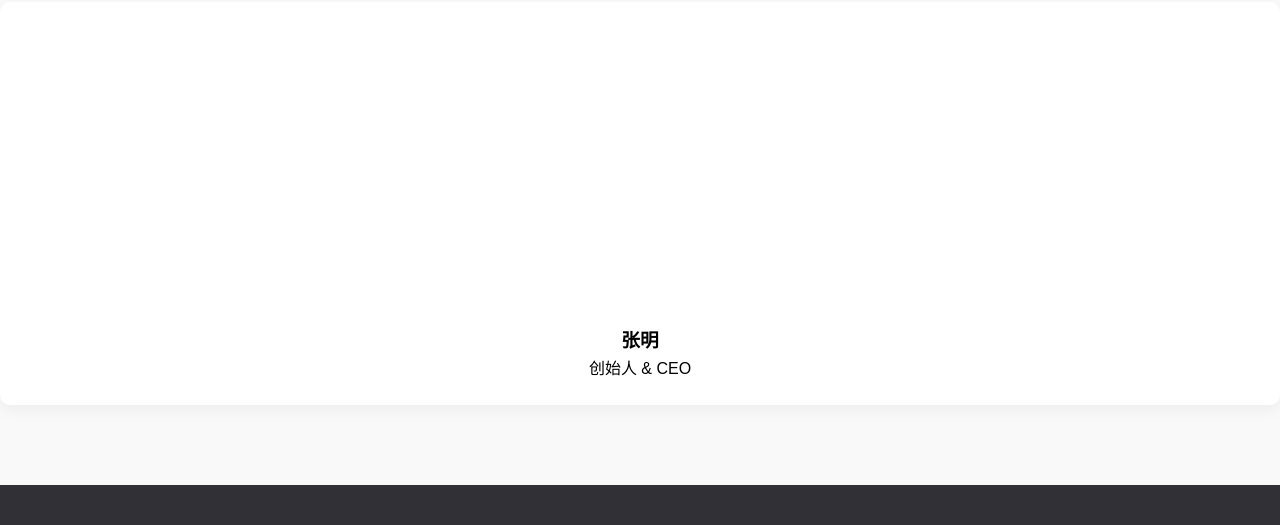
Repository: huang-heavenly-Emperor/travel_1
Page: pages/about.html
These files come from the project's save history. The page is drawn as it stood at one moment and after the next save; the edit follows.
The browser window is 1280 px wide. The pictures show the part of the page from y = 1677 to 2629 px (the page is 2202 px tall before and 2629 px after).
A picture or video elsewhere on the page could not be fetched, so the positions and the page height are approximate.

Above is the page before, as saved 2024-11-18 02:32:37.

After the next save:
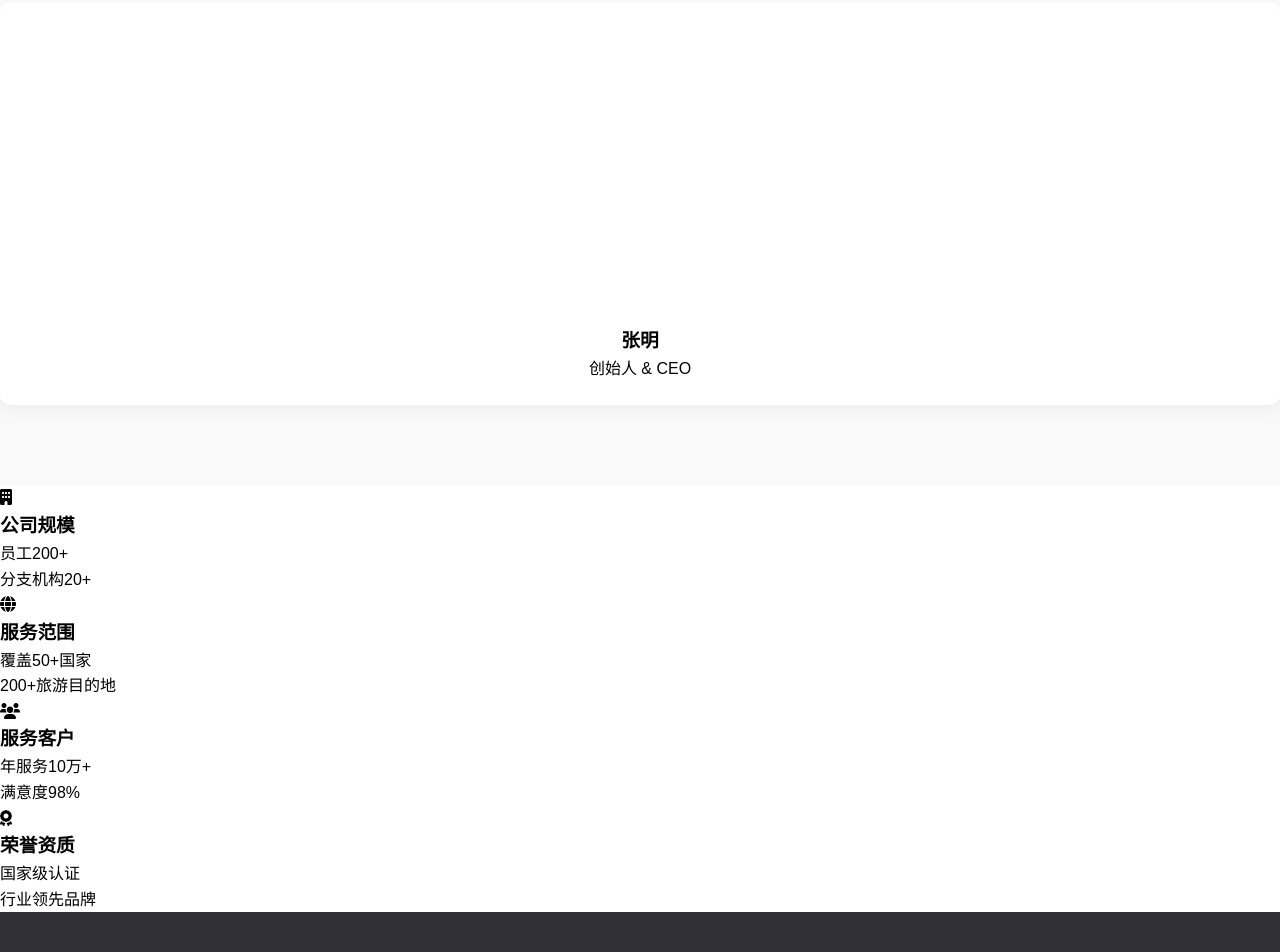
Saved 7 s later.
--- a/pages/about.html
+++ b/pages/about.html
@@ -101,6 +101,38 @@
         </div>
     </section>
 
+    <!-- 公司基本信息部分 -->
+    <section class="company-info">
+        <div class="container">
+            <div class="info-grid">
+                <div class="info-card">
+                    <i class="fas fa-building"></i>
+                    <h3>公司规模</h3>
+                    <p>员工200+</p>
+                    <p>分支机构20+</p>
+                </div>
+                <div class="info-card">
+                    <i class="fas fa-globe"></i>
+                    <h3>服务范围</h3>
+                    <p>覆盖50+国家</p>
+                    <p>200+旅游目的地</p>
+                </div>
+                <div class="info-card">
+                    <i class="fas fa-users"></i>
+                    <h3>服务客户</h3>
+                    <p>年服务10万+</p>
+                    <p>满意度98%</p>
+                </div>
+                <div class="info-card">
+                    <i class="fas fa-award"></i>
+                    <h3>荣誉资质</h3>
+                    <p>国家级认证</p>
+                    <p>行业领先品牌</p>
+                </div>
+            </div>
+        </div>
+    </section>
+
     <!-- 页脚 -->
     <footer class="footer">
         <!-- 与首页相同的页脚结构 -->
